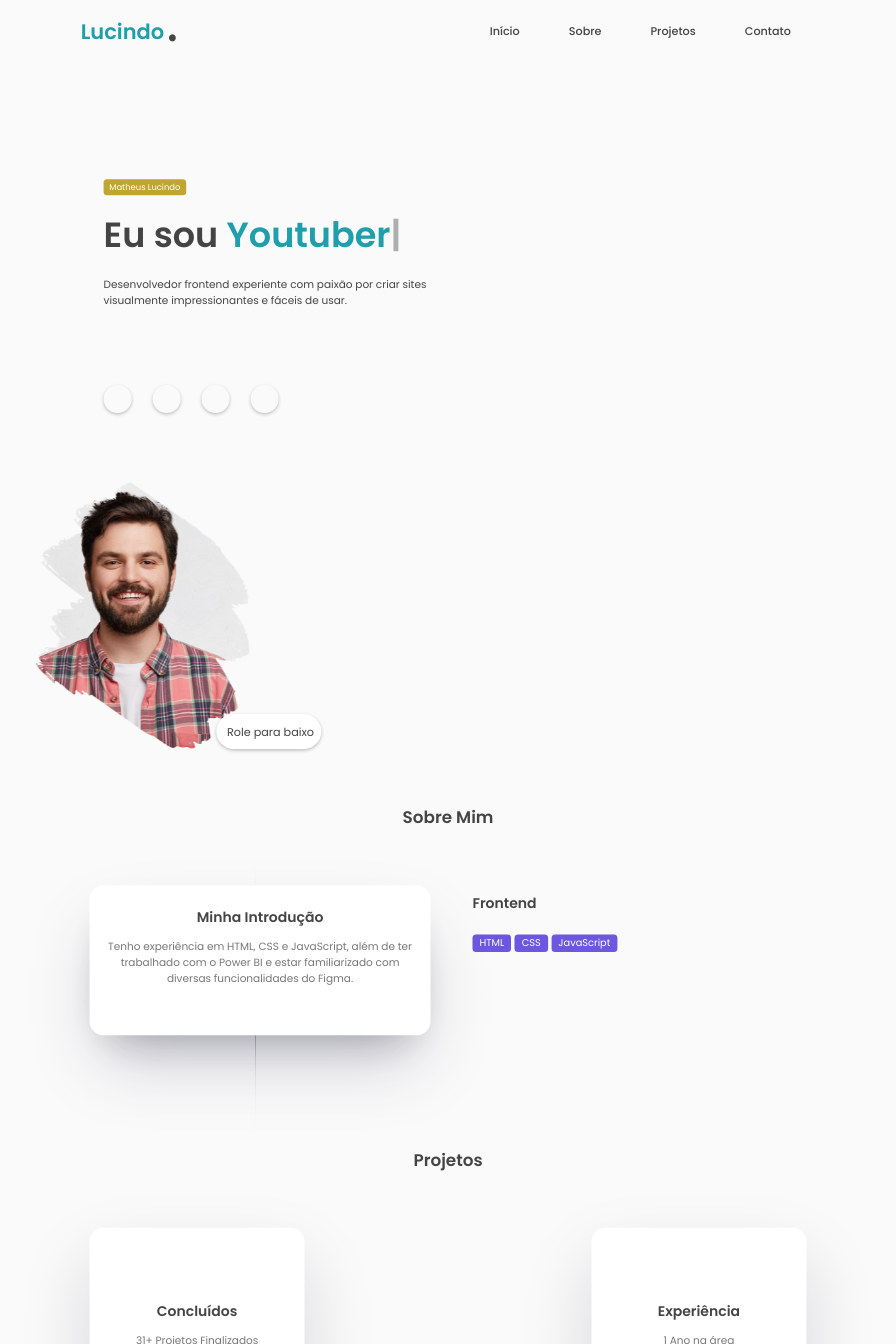
Repository: Matheus904-12/PrePortf
Page: index.html
These files come from the project's save history. The page is drawn as it stood at one moment and after the next save; the edit follows.
The browser window is 1280 px wide. The pictures show the part of the page from y = 0 to 1920 px (the page is 3033 px tall), at 70% of full size.
Some icons come from a web library that is not loaded, so they are not drawn.

Above is the page before, as saved 2023-09-29 12:13:33.

After the next save:
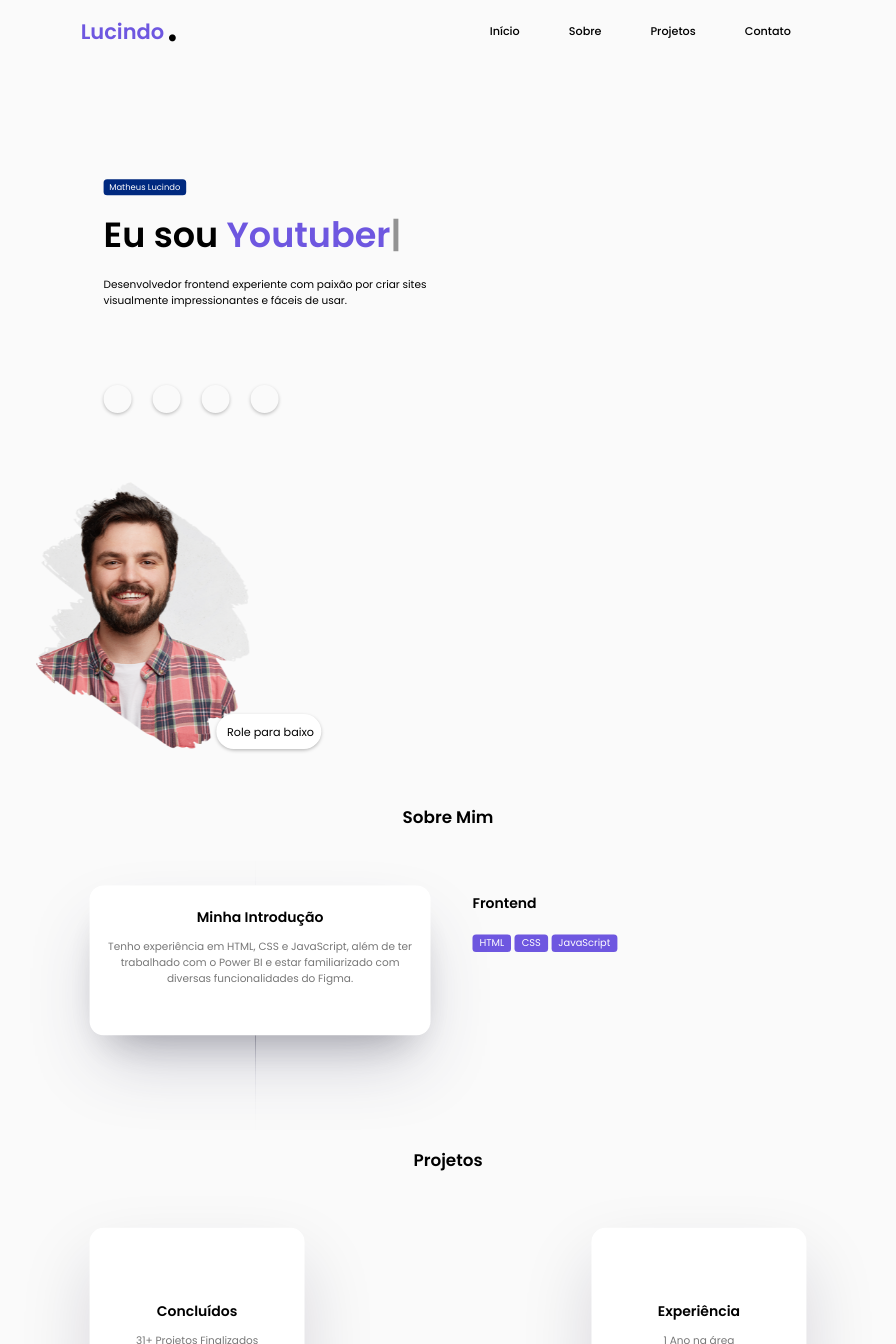
Saved 104 s later.
--- a/style.css
+++ b/style.css
@@ -3,17 +3,17 @@
 
 /* ----- VARIABLES ----- */
 :root{
-    --body-color: rgb(250, 250, 250);
-    --color-white: rgb(255, 255, 255);
-
-    --text-color-second: rgb(68, 68, 68);
-    --text-color-third: rgb(30, 159, 171);
+    --body-color: #fafafa;
+    --color-white: #ffffff;
+
+    --text-color-second: #000000;
+    --text-color-third: #6e57e0;
 
     --first-color: rgb(110, 87, 224);
     --first-color-hover: rgb(40, 91, 212);
 
-    --second-color: rgb(110, 87, 224);
-    --third-color: rgb(192, 166, 49);
+    --second-color: #6e57e0;
+    --third-color: #00297f;
     --first-shadow-color: rgba(0, 0, 0, 0.1);
 
 }
